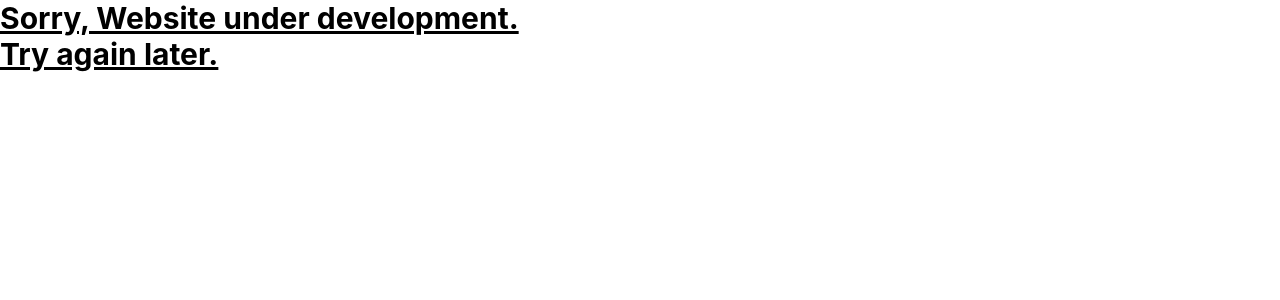
Repository: farrelmuhammad/sims-ppob
Page: /
An editor plug-in stored every save of this project. The page is shown before and after the next save, followed by the edit.
The browser window is 1280 px wide. The pictures show the whole page.
The project was rebuilt for these pictures with package versions that can differ from the ones it lists, and the page was loaded fresh each time. Also part of the build but not shown: src/App.css.

Above is the page before, as saved 2023-09-04 22:56:01.

After the next save:
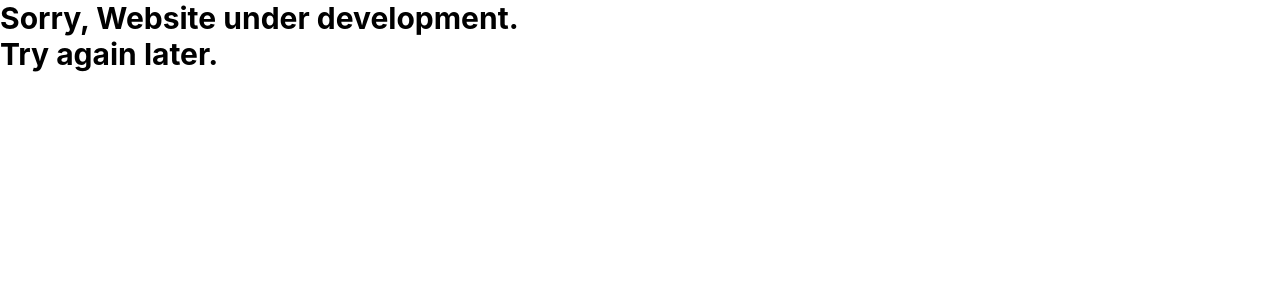
Saved 5 s later.
--- a/src/App.js
+++ b/src/App.js
@@ -3,7 +3,7 @@ import './App.css';
 
 function App() {
   return (
-    <h1 className="text-3xl font-bold underline">
+    <h1 className="text-3xl font-bold">
       Sorry, Website under development.<br></br> Try again later.
     </h1>
   );
